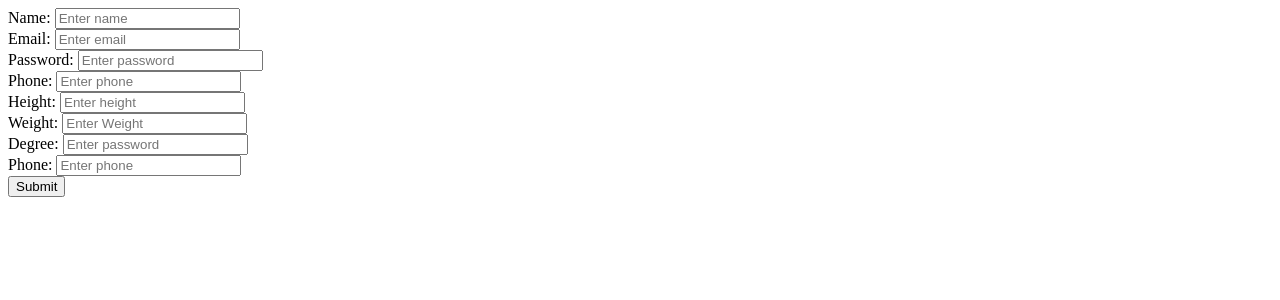
Repository: jaypatil2003dev/SpringBoot
Page: http://localhost/SB-01-MVC-Project/register.jsp
The author's editor kept a copy of each file at every save. The page is drawn from the files as they stood at one save, then again after the next save.
The browser window is 1280 px wide. The pictures show the whole page.
The page is served by Tomcat 9.

Above is the page before, as saved 2025-12-09 11:43:08.

### SB-01-MVC-Project/src/main/webapp/register.jsp
<%@ page language="java" contentType="text/html; charset=UTF-8"
    pageEncoding="UTF-8"%>
<!DOCTYPE html>
<html>
<head>
<meta charset="UTF-8">
<title>Insert title here</title>
</head>
<body>

     <form action="/register" method="post">
       <label>Name:</label>
       <input type="text" name="name" placeholder="Enter name" required> <br>

        <label>Email:</label>
       <input type="email" name="email" placeholder="Enter email" required> <br>

        <label>Password:</label>
       <input type="password" name="password" placeholder="Enter password" required> <br>

        <label>Phone:</label>
       <input type="number" name="phone" placeholder="Enter phone" required> <br>

       <label>Height:</label>
       <input type="number" name="height" placeholder="Enter height" required> <br>

        <label>Weight:</label>
       <input type="text" name="weight" placeholder="Enter Weight" required> <br>

        <label>Degree:</label>
       <input type="password" name="password" placeholder="Enter password" required> <br>

        <label>Phone:</label>
       <input type="number" name="phone" placeholder="Enter phone" required> <br>

         <button type="submit">Submit</button>

     </form>

</body>
</html>

After the next save:
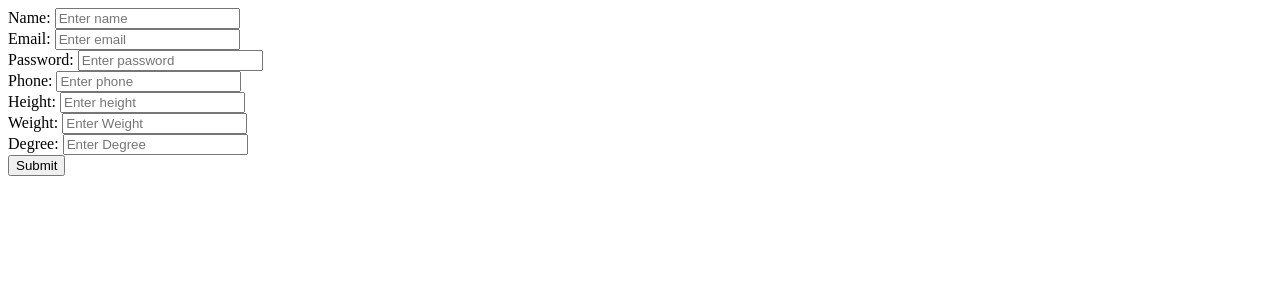
Saved 43 s later.
--- a/SB-01-MVC-Project/src/main/webapp/register.jsp
+++ b/SB-01-MVC-Project/src/main/webapp/register.jsp
@@ -28,10 +28,9 @@
        <input type="text" name="weight" placeholder="Enter Weight" required> <br>
 
         <label>Degree:</label>
-       <input type="password" name="password" placeholder="Enter password" required> <br>
+       <input type="text" name="degree" placeholder="Enter Degree" required> <br>
 
-        <label>Phone:</label>
-       <input type="number" name="phone" placeholder="Enter phone" required> <br>
+
 
          <button type="submit">Submit</button>
 
